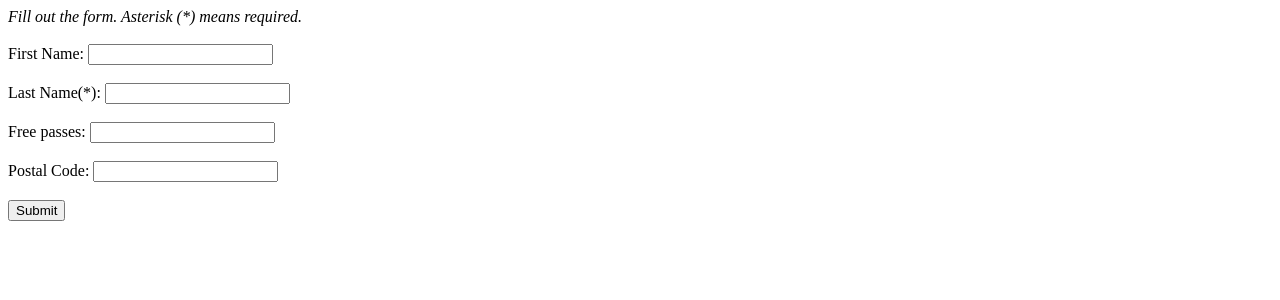
Repository: FehmiCitiloglu/spring-udemy-course
Page: http://localhost/spring-mvc-demo/customer/showForm
The author's editor kept a copy of each file at every save. The page is drawn from the files as they stood at one save, then again after a run of saves.
The browser window is 1280 px wide. The pictures show the whole page.
The page is served by Tomcat 9.

Above is the page before, as saved 2022-05-22 21:41:02.

After the next 2 saves:
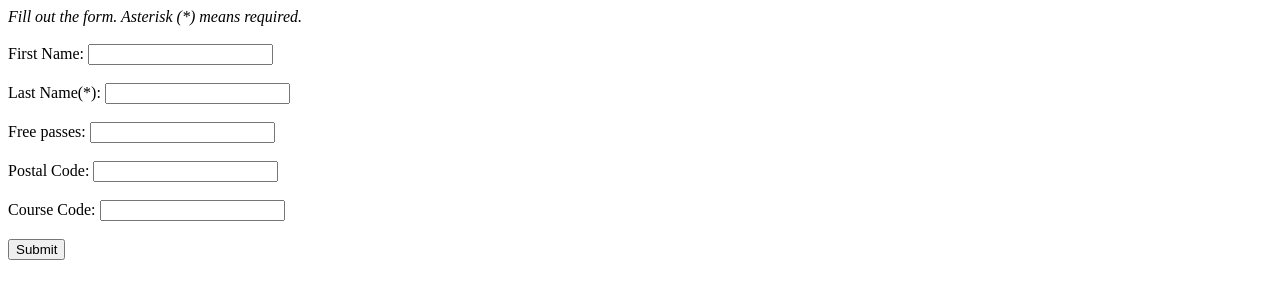
The 2 saves are shown as one change because they came seconds apart.
The last was saved 2 min 24 s later.
--- a/spring-mvc-demo/WebContent/WEB-INF/view/customer-form.jsp
+++ b/spring-mvc-demo/WebContent/WEB-INF/view/customer-form.jsp
@@ -32,6 +32,9 @@
 			Postal Code: <form:input path="postalCode" />
 			<form:errors path="postalCode" cssClass="error"/>
 				<br><br>
+			Course Code: <form:input path="courseCode" />
+			<form:errors path="courseCode" cssClass="error"/>
+				<br><br>
 			<input type="submit" value="Submit" />
 
 		</form:form>
